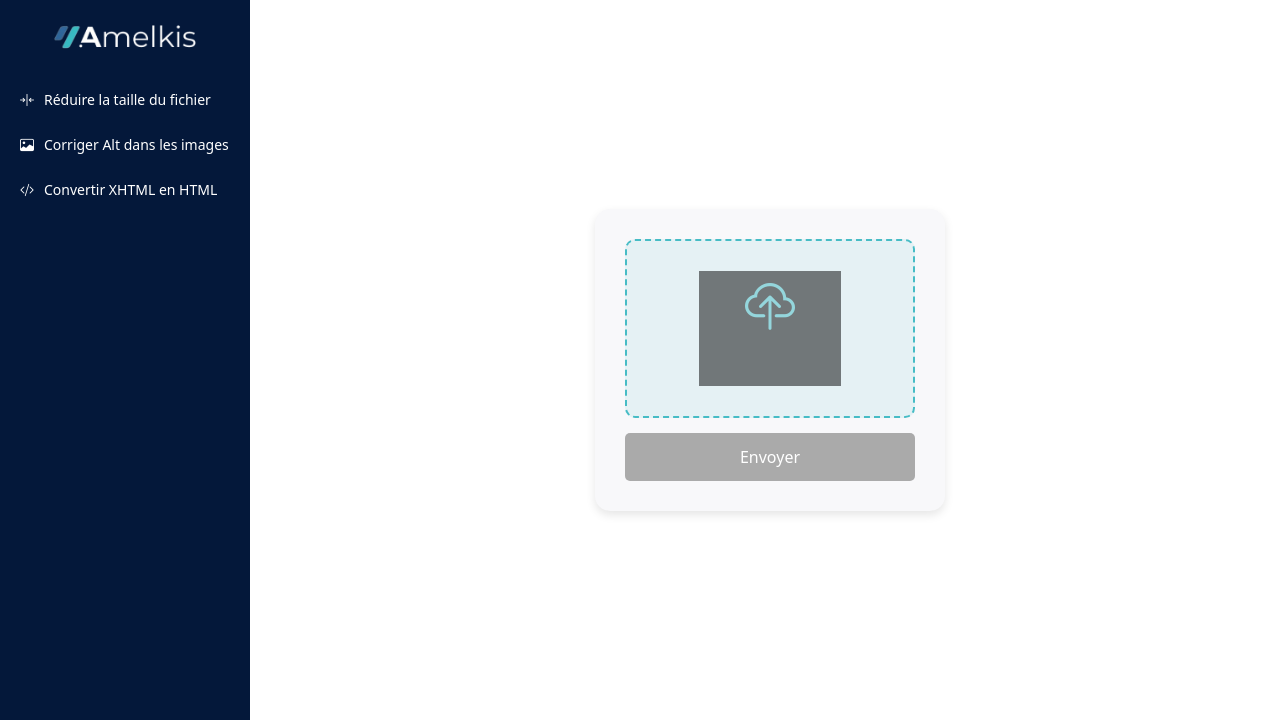
Repository: NorelhoudaB/extra
Page: /reduire (app in frontend/)
The author's editor kept a copy of each file at every save. The page is drawn from the files as they stood at one save, then again after the next save.
The browser window is 1280 px wide. The pictures show the whole page.
The project was rebuilt for these pictures with package versions that can differ from the ones it lists, and the page was loaded fresh each time. Also part of the build but not shown: frontend/vite.config.ts.

Above is the page before, as saved 2025-03-14 12:30:27.

### frontend/src/main.ts
import { createApp } from 'vue'
import './style.css'
import App from './App.vue'
import "bootstrap/dist/css/bootstrap.min.css";
import "bootstrap/dist/js/bootstrap.bundle.min";
import "bootstrap-icons/font/bootstrap-icons.css";



import router from "./router";
const app = createApp(App);
app.use(router);
app.mount('#app');

### frontend/src/App.vue
<script setup lang="ts">
import Sidebar from "./components/Sidebar.vue";
</script>

<template>
  <div class="app-container">
    <Sidebar />
    <div class="content">
      <router-view />
    </div>
  </div>
</template>

<style scoped>
.app-container {
  display: flex;
}

.content {
  margin-left: 260px;
  padding: 20px;
  width: 100%;
}
</style>

### frontend/src/router/index.ts
import { createRouter, createWebHistory } from 'vue-router';
// import FileUpload from './components/FileUpload.vue';
import FileUpload from "../components/FileUpload.vue";

const routes = [
  { path: '/reduire', component: FileUpload },
  { path: '/fix-alt', component: FileUpload },
  { path: '/convert-xhtml', component: FileUpload }
];

const router = createRouter({
  history: createWebHistory(),
  routes,
});

export default router;

### frontend/src/components/Sidebar.vue
<script setup lang="ts">
import { ref } from "vue";

const selectedOption = ref("");

const selectOption = (option: string) => {
  selectedOption.value = option;
};
</script>

<template>
  <div class="sidebar d-flex flex-column align-items-center">
    <!-- Logo -->
    <div class="logo-container">
      <img src="data:[embedded picture, 25638 characters]" alt="Logo" class="logo" />
    </div>

    <!-- Navigation Links -->
    <ul class="nav flex-column w-100 mt-4">
      <li class="nav-item">
        <a href="/reduire" class="nav-link" >
            <i class="bi bi-arrows-collapse-vertical"></i> Réduire la taille du fichier
        </a>

      </li>
      <li class="nav-item">
        <a href="/fix-alt" class="nav-link" >
          <i class="bi bi-image"></i> Corriger Alt dans les images
        </a>
      </li>
      <li class="nav-item">
        <a href="/convert-xhtml" class="nav-link">
          <i class="bi bi-code-slash"></i> Convertir XHTML en HTML
        </a>
      </li>
    </ul>
  </div>
</template>

<style scoped>
/* Sidebar Styling */
.sidebar {
  width: 250px;
  height: 100vh;
  background-color: #04183a; /* Sidebar Background */
  padding-top: 20px;
  position: fixed;
  left: 0;
  top: 0;
}

/* Logo Styling */
.logo-container {
  text-align: center;
  width: 100%;
}
.logo {
  max-width: 150px;
  height: auto;
}

/* Menu Items */
.nav-item {
  width: 100%;
}
.nav-link {
  color: #ffffff !important; /* White text */
  padding: 12px 20px;
  display: flex;
  align-items: center;
  gap: 10px;
  font-size: 14px;
  transition: background 0.3s;
}

/* Hover Effect */
.nav-link:hover {
  background-color: #0ecfcf !important; /* Hover Color */
  color: #04183a !important;
}
</style>

### frontend/src/components/FileUpload.vue
<template>
  <div class="upload-container" @dragover.prevent @drop="handleDrop">
    <input type="file" id="file-upload" @change="handleFileChange" hidden />
    <label for="file-upload" class="upload-box">
      <div v-if="!selectedFile" class="placeholder">
        <i class="bi bi-cloud-upload upload-icon"></i>
        <p>No file chosen, yet!</p>
      </div>
      <p v-else class="selected-file">{{ selectedFile.name }}</p>
    </label>
    <button @click="uploadFile" :disabled="!selectedFile">Envoyer</button>
  </div>
</template>

<script setup>
import { ref, computed } from 'vue';
import { useRoute } from 'vue-router';
import axios from 'axios';

const selectedFile = ref(null);
const route = useRoute();

const apiEndpoint = computed(() => {
  if (route.path === "/reduire") return "/reduire";
  if (route.path === "/fix-alt") return "/fix-alt";
  return "/";
});

const handleFileChange = (event) => {
  selectedFile.value = event.target.files[0];
};

const handleDrop = (event) => {
  event.preventDefault();
  if (event.dataTransfer.files.length) {
    selectedFile.value = event.dataTransfer.files[0];
  }
};

const uploadFile = async () => {
  if (!selectedFile.value) return;

  const formData = new FormData();
  formData.append("file", selectedFile.value);
  console.log("Uploading:", selectedFile.value);

  try {
    const response = await axios.post(`http://localhost:8998${apiEndpoint.value}`, formData, {
      headers: { "Content-Type": "multipart/form-data" },
    });

    console.log("File uploaded successfully:", response.data);

    if (response.data.download_url) {
      const downloadLink = document.createElement("a");
      downloadLink.href = `http://localhost:8998${response.data.download_url}`;
      downloadLink.setAttribute("download", "");
      document.body.appendChild(downloadLink);
      downloadLink.click();
      document.body.removeChild(downloadLink);
    }
  } catch (error) {
    console.error("File upload failed:", error);
  }
};
</script>

<style scoped>
.upload-container {
  display: flex;
  flex-direction: column;
  align-items: center;
  gap: 15px;
  padding: 30px;
  background-color: #F8F8FA; /* Soft background */
  border-radius: 15px;
  width: 350px;
  text-align: center;
  box-shadow: 0px 4px 10px rgba(0, 0, 0, 0.1);
}

.upload-box {
  width: 100%;
  padding: 30px;
  border: 2px dashed #46BCC5; /* Primary accent */
  border-radius: 10px;
  cursor: pointer;
  display: flex;
  flex-direction: column;
  align-items: center;
  background-color: rgba(70, 188, 197, 0.1);
  transition: background-color 0.3s ease-in-out;
}

.upload-box:hover {
  background-color: rgba(70, 188, 197, 0.2);
}

.upload-icon {
  font-size: 50px;
  color: #46BCC5; /* Primary icon color */
  margin-bottom: 10px;
}

.placeholder {
  color: #000000; /* Dark text for contrast */
  font-weight: 500;
}

.selected-file {
  font-weight: bold;
  color: #366998; /* Darker accent for file name */
}

button {
  background-color: #366998; /* Darker shade */
  color: white;
  padding: 12px 18px;
  border: none;
  border-radius: 5px;
  cursor: pointer;
  width: 100%;
  transition: background-color 0.3s ease-in-out;
}

button:disabled {
  background-color: #aaa;
  cursor: not-allowed;
}

button:hover:not(:disabled) {
  background-color: #46BCC5; /* Lighter hover effect */
}
</style>

Loaded but not shown: frontend/index.html (common file); frontend/src/style.css (common file)

After the next save:
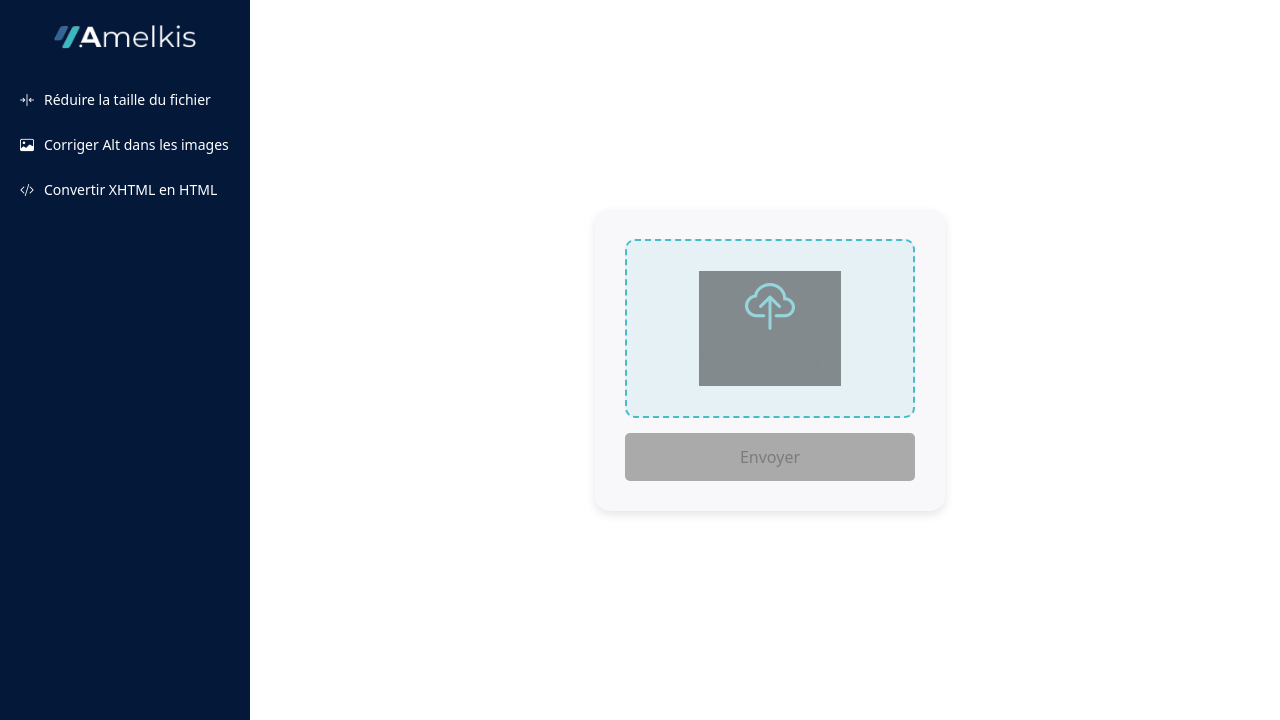
Saved 100 s later.
--- a/frontend/src/components/FileUpload.vue
+++ b/frontend/src/components/FileUpload.vue
@@ -98,23 +98,17 @@
 
 .upload-icon {
   font-size: 50px;
-  color: #46BCC5; /* Primary icon color */
+  color: #46BCC5;
   margin-bottom: 10px;
-}
-
-.placeholder {
-  color: #000000; /* Dark text for contrast */
-  font-weight: 500;
 }
 
 .selected-file {
   font-weight: bold;
-  color: #366998; /* Darker accent for file name */
+  color: #366998;
 }
 
 button {
-  background-color: #366998; /* Darker shade */
-  color: white;
+  background-color: #366998;
   padding: 12px 18px;
   border: none;
   border-radius: 5px;
